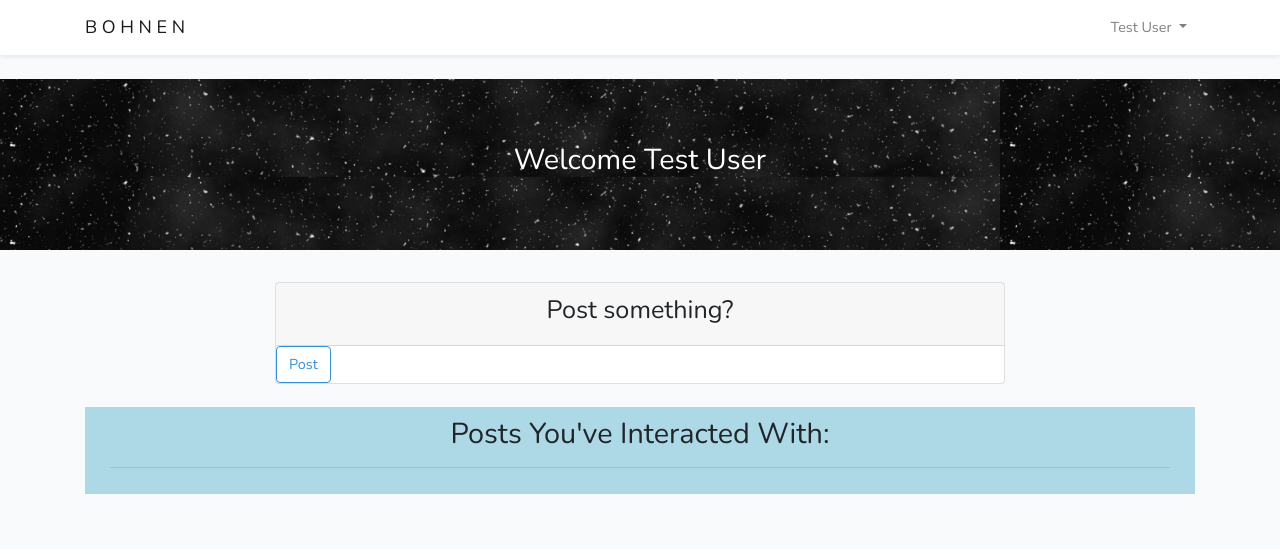
Repository: davidbohnen/BOHNEN
Page: http://localhost/home
An editor plug-in stored every save of this project. The page is shown before and after the next save, followed by the edit.
The browser window is 1280 px wide. The pictures show the whole page.
The page is served by the project's Laravel application, run on PHP 8.4 with Laravel 8. A made-up administrator, Test User (test@example.com), is signed in. Other server files are loaded and not shown.

Above is the page before, as saved 2020-05-05 22:19:07.

### routes/web.php
<?php

use Illuminate\Support\Facades\Route;

/*
|--------------------------------------------------------------------------
| Web Routes
|--------------------------------------------------------------------------
|
| Here is where you can register web routes for your application. These
| routes are loaded by the RouteServiceProvider within a group which
| contains the "web" middleware group. Now create something great!
|
*/

Route::get('/', function () {
    return view('welcome');
});

Auth::routes();

Route::get('/home', 'HomeController@index')->name('home');

Route::get('/post/create', 'PostController@create');
Route::post('/post', 'PostController@store');
Route::get('/warn', 'IndexController@warn');
Route::get('/post/{post}', 'PostController@show');

Route::get('/public', 'IndexController@public');

Route::get('/news', 'IndexController@news');


Route::get('/about', 'IndexController@about');
Route::get('/more', 'IndexController@more');
Route::get('/history', 'IndexController@history');
Route::get('/record', 'IndexController@record');
Route::get('/contact', 'IndexController@contact');
Route::get('/live', 'IndexController@live');

### app/User.php
<?php

namespace App;

use Illuminate\Contracts\Auth\MustVerifyEmail;
use Illuminate\Foundation\Auth\User as Authenticatable;
use Illuminate\Notifications\Notifiable;

class User extends Authenticatable
{
    use Notifiable;

    /**
     * The attributes that are mass assignable.
     *
     * @var array
     */
    protected $fillable = [
        'name', 'email', 'password',
    ];

    /**
     * The attributes that should be hidden for arrays.
     *
     * @var array
     */
    protected $hidden = [
        'password', 'remember_token',
    ];

    /**
     * The attributes that should be cast to native types.
     *
     * @var array
     */
    protected $casts = [
        'email_verified_at' => 'datetime',
    ];


    public function post(){
        return $this->hasMany(Post::class);
    }

}

### resources/views/home.blade.php
@extends('layouts.app')

@section('content')

<div class="jumbotron jumbotron-fluid" style= " background-image: url( images/galaback.png ) ; background-size: 1000px;">
      <div class="container" style= "text-align: center; color: white;">
        <h2> Welcome  {{ Auth::user()->name }}  </h2>

      </div>
    </div>

<div class="container">
    <div class="row justify-content-center">
        <div class="col-md-8">
            <div class="card">
                <div class="card-header" style="text-align: center"><h3> Post something?</h3></div>

                <div class="card-body;">
                    @if (session('status'))
                        <div class="alert alert-success" role="alert">
                            {{ session('status') }}
                        </div>
                    @endif

                <a href="/post/create" class="btn btn-outline-primary my-2 my-sm-0" >Post</a>

                </div>
            </div>
        </div>


    </div>
    <br>

    <div class="container"  class="row justify-content-center" style = "background-color:lightblue">
    <div style="text-align:center;padding:10px" >
        <h2>Posts You've Interacted With:</h2>
            <hr>
        </div>
    </div>
    </div>


@endsection

### resources/views/layouts/app.blade.php
<!doctype html>
<html lang="{{ str_replace('_', '-', app()->getLocale()) }}">
<head>
    <meta charset="utf-8">
    <meta name="viewport" content="width=device-width, initial-scale=1">

    <!-- CSRF Token -->
    <meta name="csrf-token" content="{{ csrf_token() }}">

    <title>{{ config('BOHNEN', 'B O H N E N') }}</title>


    <!-- Scripts -->
    <script src="{{ asset('js/app.js') }}" defer></script>

    <!-- Fonts -->
    <link rel="dns-prefetch" href="//fonts.gstatic.com">
    <link href="https://fonts.googleapis.com/css?family=Nunito" rel="stylesheet">

    <!-- Styles -->
    <link href="{{ asset('css/app.css') }}" rel="stylesheet">
</head>
<body>
    <div id="app">
        <nav class="navbar navbar-expand-md navbar-light bg-white shadow-sm">
            <div class="container">
                <a class="navbar-brand" href="{{ url('/') }}">
                    {{ config('BOHNEN', 'B O H N E N') }}
                </a>
                <button class="navbar-toggler" type="button" data-toggle="collapse" data-target="#navbarSupportedContent" aria-controls="navbarSupportedContent" aria-expanded="false" aria-label="{{ __('Toggle navigation') }}">
                    <span class="navbar-toggler-icon"></span>
                </button>

                <div class="collapse navbar-collapse" id="navbarSupportedContent">
                    <!-- Left Side Of Navbar -->
                    <ul class="navbar-nav mr-auto">

                    </ul>

                    <!-- Right Side Of Navbar -->
                    <ul class="navbar-nav ml-auto">
                        <!-- Authentication Links -->
                        @guest
                            <li class="nav-item">
                                <a class="nav-link" href="{{ route('login') }}">{{ __('Login') }}</a>
                            </li>
                            @if (Route::has('register'))
                                <li class="nav-item">
                                    <a class="nav-link" href="{{ route('register') }}">{{ __('Register') }}</a>
                                </li>
                            @endif
                        @else
                            <li class="nav-item dropdown">
                                <a id="navbarDropdown" class="nav-link dropdown-toggle" href="#" role="button" data-toggle="dropdown" aria-haspopup="true" aria-expanded="false" v-pre>
                                    {{ Auth::user()->name }} <span class="caret"></span>
                                </a>

                                <div class="dropdown-menu dropdown-menu-right" aria-labelledby="navbarDropdown">
                                <a class="dropdown-item" href="/home">Home

                                       </a>

                                       <a class="dropdown-item" href="/public">Public View

                                       </a>

                                    <a class="dropdown-item" href="{{ route('logout') }}"
                                       onclick="event.preventDefault();
                                                     document.getElementById('logout-form').submit();">
                                        {{ __('Logout') }}
                                    </a>

                                    <form id="logout-form" action="{{ route('logout') }}" method="POST" style="display: none;">
                                        @csrf
                                    </form>
                                </div>
                            </li>
                        @endguest
                    </ul>
                </div>
            </div>
        </nav>

        <main class="py-4">
            @yield('content')
        </main>
    </div>
</body>
</html>

Loaded but not shown: app/Http/Controllers/Auth/LoginController.php (common file); app/Http/Controllers/Controller.php (common file); app/Http/Controllers/Auth/ConfirmPasswordController.php (common file); app/Http/Controllers/HomeController.php (common file); public/css/app.css (library)

After the next save:
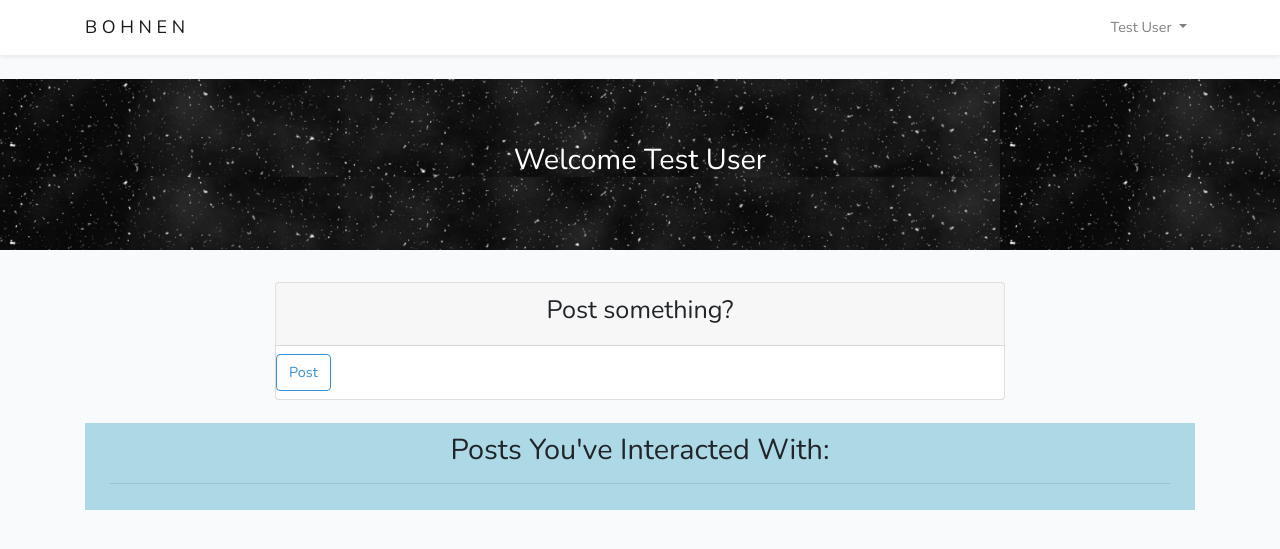
Saved 26 s later.
--- a/resources/views/home.blade.php
+++ b/resources/views/home.blade.php
@@ -22,7 +22,7 @@
                         </div>
                     @endif
 
-                <a href="/post/create" class="btn btn-outline-primary my-2 my-sm-0" >Post</a>
+                <a href="/post/create" class="btn btn-outline-primary my-2 my-sm-0; width:100%" >Post</a>
 
                 </div>
             </div>

After the save that followed:
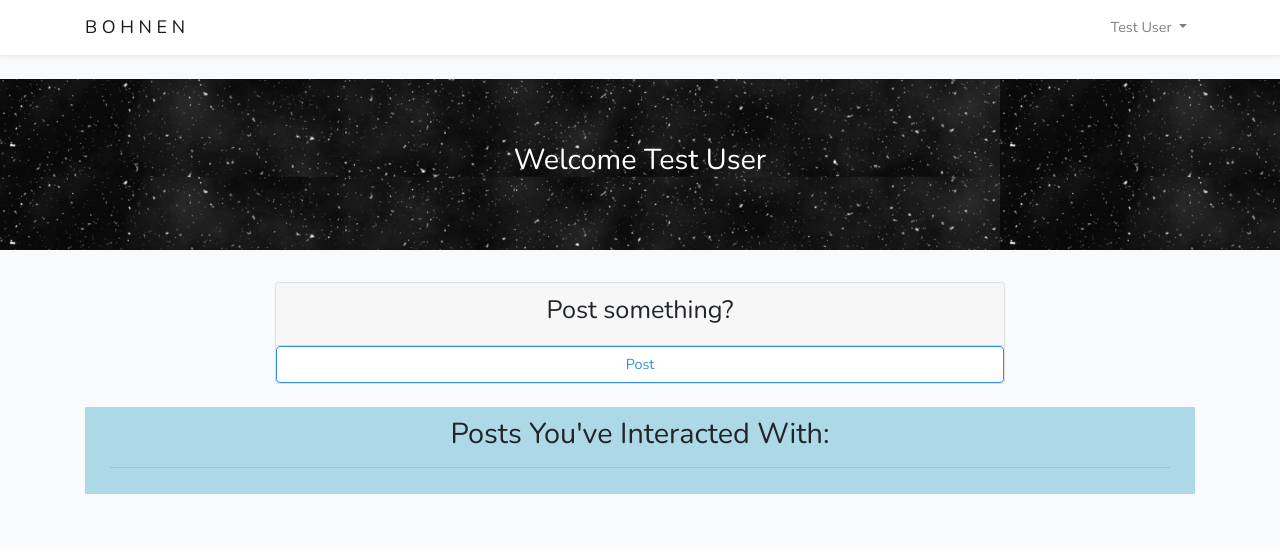
Saved 31 s later.
--- a/resources/views/home.blade.php
+++ b/resources/views/home.blade.php
@@ -22,7 +22,7 @@
                         </div>
                     @endif
 
-                <a href="/post/create" class="btn btn-outline-primary my-2 my-sm-0; width:100%" >Post</a>
+                <a href="/post/create" class="btn btn-outline-primary my-2 my-sm-0" style=" width:100%" >Post</a>
 
                 </div>
             </div>
